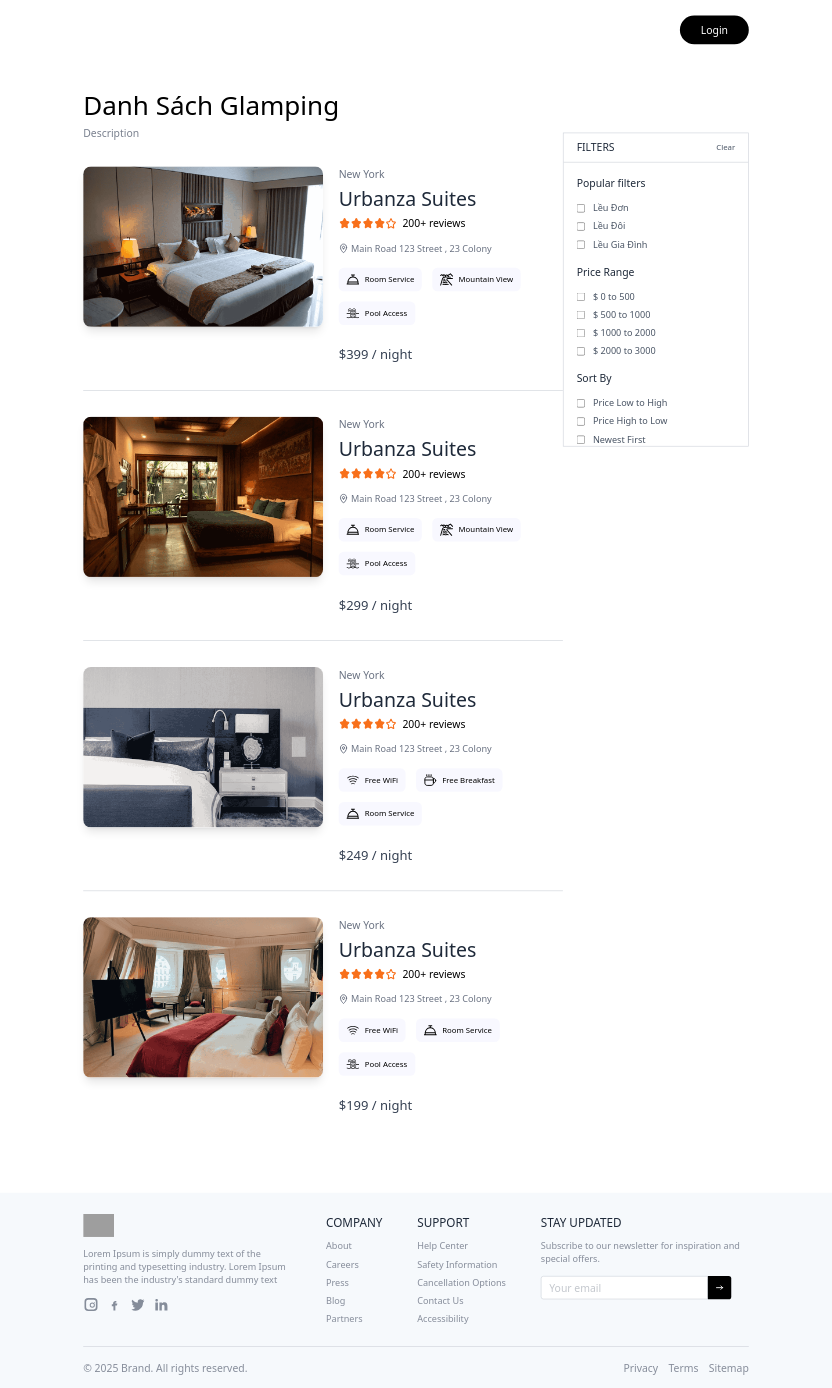
Repository: Ponn-Star/My-App
Page: /rooms (app in FrontEnd/)
These files come from the project's save history. The page is drawn as it stood at one moment and after the next save; the edit follows.
The browser window is 1280 px wide. The pictures show the whole page, at 65% of full size.
Pictures or frames that could not be fetched are drawn as grey boxes. The page's requests for data from a server got no answer. The project was rebuilt for these pictures with package versions that can differ from the ones it lists, and the page was loaded fresh each time. Some packages were replaced by stand-ins written for this rebuild. No one was signed in, and anything a server would have sent is missing. Also part of the build but not shown: FrontEnd/vite.config.js, FrontEnd/src/assets/assets.js, FrontEnd/src/components/Hero.jsx, FrontEnd/src/components/HotelCard.jsx, FrontEnd/src/components/Title.jsx, FrontEnd/src/components/FeaturedDestination.jsx, FrontEnd/src/components/ExclusiveOffers.jsx, FrontEnd/src/data/Test.ts and 10 more.

Above is the page before, as saved 2025-05-14 06:38:18.

### FrontEnd/index.html
<!doctype html>
<html lang="en">
  <head>
    <meta charset="UTF-8" />
    <link rel="icon" type="image/svg+xml" href="/favicon.svg" />
    <meta name="viewport" content="width=device-width, initial-scale=1.0" />
    <title>Booking</title>
  </head>
  <body>
    <div id="root"></div>
    <script type="module" src="/src/main.jsx"></script>
  </body>
</html>

### FrontEnd/src/main.jsx
import { StrictMode } from 'react'
import { createRoot } from 'react-dom/client'
import './index.css'
import App from './App.jsx'
import { BrowserRouter } from 'react-router-dom'
import { ClerkProvider } from '@clerk/clerk-react'

const PUBLISHABLE_KEY = import.meta.env.VITE_CLERK_PUBLISHABLE_KEY

if (!PUBLISHABLE_KEY) {
  throw new Error('Add your Clerk Publishable Key to the .env file')
}

createRoot(document.getElementById('root')).render(
  <ClerkProvider publishableKey={PUBLISHABLE_KEY} afterSignOutUrl="/">
    <BrowserRouter>
      <App />
    </BrowserRouter>
    </ClerkProvider>,
)

### FrontEnd/src/App.jsx
import React from 'react'
import Navbar from './components/Navbar'
import { Route, Routes, useLocation } from 'react-router-dom'
import Home from './pages/Home'
import AllRooms from './pages/AllRooms';
import RoomDetails from './pages/RoomDetails';
import Footer from './components/Footer';
import MyBookings from './pages/MyBookings';
import Layout from './pages/Owner/Layout';
import Dashboard from './pages/Owner/Dashboard';
import ListRoom from './pages/Owner/ListRoom';
import AddRoom from './pages/Owner/AddRoom';

function App() {

  const isOwnerPath = useLocation().pathname.includes("owner");
  return (
    <div>
      {!isOwnerPath && <Navbar />}
      <div className='min-h-[70vh]'>
        <Routes>
          <Route path='/' element={<Home />} />
          <Route path='/rooms' element={<AllRooms />} />
          <Route path='/rooms/:id' element={<RoomDetails />} />
          <Route path='/my-bookings' element={<MyBookings />} />
          <Route path='/owner' element={<Layout />} >
            <Route index element={<Dashboard />} />
            <Route path='add-room' element={<AddRoom />} />
            <Route path='list-room' element={<ListRoom />} />
           </Route>
        </Routes>
      </div>
      <Footer />
    </div>
  )
}

export default App

### FrontEnd/src/components/Navbar.jsx
import React from 'react';
import { Link, useLocation, useNavigate} from 'react-router-dom';
import { assets } from '../assets/assets';
import { useClerk, useUser, UserButton } from '@clerk/clerk-react';

const BookIcon = () => (
    <svg className='w-4 h-4 text-gray-700' aria-hidden="true" xmlns="http://www.w3.org/2000/svg" width="24" height="24" fill="none" viewBox="0 0 24 24">
        <path stroke="currentColor" strokeLinecap="round" strokeLinejoin="round" strokeWidth="2" d="M5 19V4a1 1 0 0 1 1-1h12a1 1 0 0 1 1 1v13H7a2 2 0 0 0-2 2Zm0 0a2 2 0 0 0 2 2h12M9 3v13m7 0v4" />
    </svg>
)

const Navbar = () => {
    const navLinks = [
        { name: 'Home', path: '/' },
        { name: 'Hotels', path: '/rooms' },
        { name: 'Experience', path: '/' },
        { name: 'About', path: '/' },
    ];

    const [isScrolled, setIsScrolled] = React.useState(false);
    const [isMenuOpen, setIsMenuOpen] = React.useState(false);

    const {openSignIn} = useClerk()
    const {user} = useUser()
    const navigate = useNavigate()
    const location = useLocation()

    React.useEffect(() => {
        const handleScroll = () => {
            setIsScrolled(window.scrollY > 10);
        };
        window.addEventListener("scroll", handleScroll);
        return () => window.removeEventListener("scroll", handleScroll);
    }, []);

    return (
            <nav className={`fixed top-0 left-0 w-full flex items-center justify-between px-4 md:px-16 lg:px-24 xl:px-32 transition-all duration-500 z-50 ${isScrolled ? "bg-white/80 shadow-md text-gray-700 backdrop-blur-lg py-3 md:py-4" : "py-4 md:py-6"}`}>

                {/* Logo */}
                <Link to='/'>
                    <img src={assets.logo} alt="logo" className={`h-9 ${isScrolled && "invert opacity-80"}`} />
                </Link>

                {/* Desktop Nav */}
                <div className="hidden md:flex items-center gap-4 lg:gap-8">
                    {navLinks.map((link, i) => (
                        <a key={i} href={link.path} className={`group flex flex-col gap-0.5 ${isScrolled ? "text-gray-700" : "text-white"}`}>
                            {link.name}
                            <div className={`${isScrolled ? "bg-gray-700" : "bg-white"} h-0.5 w-0 group-hover:w-full transition-all duration-300`} />
                        </a>
                    ))}
                    <button className={`border px-4 py-1 text-sm font-light rounded-full cursor-pointer ${isScrolled ? 'text-black' : 'text-white'} transition-all`}>
                        Dashboard
                    </button>
                </div>

                {/* Desktop Right */}
                <div className="hidden md:flex items-center gap-4">
                    <img src={assets.searchIcon} alt='search' className={`${isScrolled && "invert"} h-7 transition duration-500`} />

                    {user ?
                    (<UserButton>
                        <UserButton.MenuItems>
                            <UserButton.Action label='My Bookings' labelIcon={<BookIcon/>} onClick={() => navigate('/my-bookings')} />
                        </UserButton.MenuItems>
                    </UserButton>)
                    :
                    (<button onClick={openSignIn} className="bg-black text-white px-8 py-2.5 rounded-full ml-4 transition-all duration-500">
                        Login
                        </button>)
                    }
                </div>

                {/* Mobile Menu Button */}
                <div className="flex items-center gap-3 md:hidden">
                    <img onClick={()=> setIsMenuOpen(!isMenuOpen)} src={assets.menuIcon} alt='' className={`${isScrolled && "invert"} h-4`} />
                </div>

                {/* Mobile Menu */}
                <div className={`fixed top-0 left-0 w-full h-screen bg-white text-base flex flex-col md:hidden items-center justify-center gap-6 font-medium text-gray-800 transition-all duration-500 ${isMenuOpen ? "translate-x-0" : "-translate-x-full"}`}>
                    <button className="absolute top-4 right-4" onClick={() => setIsMenuOpen(false)}>
                        <img src={assets.closeIcon} alt='close' className="h-6.5" />
                    </button>

                    {navLinks.map((link, i) => (
                        <a key={i} href={link.path} onClick={() => setIsMenuOpen(false)}>
                            {link.name}
                        </a>
                    ))}

                    <button className="border px-4 py-1 text-sm font-light rounded-full cursor-pointer transition-all">
                        Dashboard
                    </button>

                    <button onClick={openSignIn} className="bg-black text-white px-8 py-2.5 rounded-full transition-all duration-500">
                        Login
                    </button>
                </div>
            </nav>
    );
}

export default Navbar

### FrontEnd/src/pages/AllRooms.jsx
import React, { useState } from 'react'
import { assets, facilityIcons, roomsDummyData } from '../assets/assets'
import { useNavigate } from 'react-router-dom';
import StarRating from '../components/StarRating'

const CheckBox = ({label, selected = false, onChange = () => {}}) => {
  return (
    <label className='flex gap-3 items-center cursor-pointer mt-2 text-sm'>
      <input type='checkbox' checked={selected} onChange={(e)=>onChange(e.target.checked, label)} />
      <span className='font-light select-none'>{label}</span>
    </label>
  )
}

const RaioButton = ({label, selected = false, onChange = () => {}}) => {
  return (
    <label className='flex gap-3 items-center cursor-pointer mt-2 text-sm'>
      <input type='radio' name='sortOption' checked={selected} onChange={()=>onChange(label)} />
      <span className='font-light select-none'>{label}</span>
    </label>
  )
}

const AllRooms = () => {
    const navigate = useNavigate();
    const [openFilters, setOpenFilters] = useState(false)

    const roomTypes = [
      "Lều Đơn",
      "Lều Đôi",
      "Lều Gia Đình",
    ];

  const priceRanges = [
      '0 to 500',
      '500 to 1000',
      '1000 to 2000',
      '2000 to 3000',
    ];

  const sortOptions = [
      "Price Low to High",
      "Price High to Low",
      "Newest First",
    ];


  return (
    <div className='flex flex-col-reverse lg:flex-row justify-between items-start pt-28 md:pt-35 px-4 md:px-16 lg:px-24 xl:px-32'>
      <div>
        <div className='flex flex-col items-start text-left'>
            <h1 className='font-playfair text-4xl md:text-[40px]'>Danh Sách Glamping</h1>
            <p className='text-sm md:text-base text-gray-500/90 mt-2'>Description</p>
        </div>

        {roomsDummyData.map((room) => (
            <div key={room._id} className='flex flex-col md:flex-row items-start py-10 gap-6 border-b border-gray-300 last:pb-30 last:border-0'>
                <img onClick={() => {navigate(`/rooms/${room._id}`); scrollTo(0, 0)}}
                src={room.images[0]}
                alt='hotel-img'
                 title='View Room Details'
                 className='max-h-65 md:w-1/2 rounded-xl shadow-lg object-cover cursor-pointer'/>
                 <div className='md:w-1/2 flex flex-col gap-2'>
                    <p className='text-gray-500'>{room.hotel.city}</p>
                    <p onClick={() => {navigate(`/rooms/${room._id}`); scrollTo(0, 0)}} className='text-gray-800 text-3xl font-playfair cursor-pointer'>{room.hotel.name}</p>
                    <div className='flex items-center'>
                        <StarRating/>
                        <p className='ml-2'>200+ reviews</p>
                    </div>
                    <div className='flex items-center gap-1 text-gray-500 mt-2 text-sm'>
                        <img src={assets.locationIcon} alt='location-icon' />
                        <span>{room.hotel.address}</span>
                    </div>

                    <div className='flex flex-wrap items-center gap-4 mb-6 mt-3'>
                      {room.amenities.map((item, index) => (
                        <div key ={index} className='flex items-center gap-2 px-3 py-2 rounded-lg bg-[#F5F5FF]/70'>
                          <img src={facilityIcons[item]} alt={item} className='w-5 h-5' />
                          <p className='text-xs'>{item}</p>
                        </div>
                      ))}
                    </div>
                    <p className='text-xl font-medium text-gray-700'>
                      ${room.pricePerNight} / night
                    </p>
                 </div>
            </div>
        ))}
      </div>

      <div className='bg-white w-80 border border-gray-300 text-gray-600 max-lg:mb-8 min-lg:mt-16'>
        <div className={`flex items-center justify-between px-5 py-2.5 min-lg:border-b border-gray-300 ${openFilters && 'border-b'}`} >
          <p className='text-base font-medium text-gray-800'>FILTERS</p>
          <div className='text-xs cursor-pointer'>
            <span onClick={()=> setOpenFilters(!openFilters)} className='lg:hidden'> {openFilters ?  'HIDE' : 'SHOW' }</span>
            <span className='hidden lg:block'>Clear</span>
          </div>
        </div>

        <div className={`${openFilters ? 'h-auto' : "h-0 lg:h-auto"} overflow-hidden transition-all duration-700`}>
          <div className='px-5 pt-5'>
            <p className='font-medium text-gray-800 pb-2'>Popular filters</p>
            {roomTypes.map((room, index) => (
              <CheckBox key={index} label={room}/>
            ))}
          </div>
          <div className='px-5 pt-5'>
            <p className='font-medium text-gray-800 pb-2'>Price Range</p>
            {priceRanges.map((range, index) => (
              <CheckBox key={index} label={`$ ${range}`}/>
            ))}
          </div>
          <div className='px-5 pt-5'>
            <p className='font-medium text-gray-800 pb-2'>Sort By</p>
            {sortOptions.map((option, index) => (
              <CheckBox key={index} label={option}/>
            ))}
          </div>
        </div>
      </div>
    </div>
  )
}

export default AllRooms

### FrontEnd/src/components/Footer.jsx
import React from 'react'

const Footer = () => {
    return (
        <div className='bg-[#F6F9FC] text-gray-500/80 pt-8 px-6 md:px-16 lg:px-24 xl:px-32'>
            <div className='flex flex-wrap justify-between gap-12 md:gap-6'>
                <div className='max-w-80'>
                    <img src="https://raw.githubusercontent.com/prebuiltui/prebuiltui/main/assets/dummyLogo/dummyLogoColored.svg" alt="logo" className='mb-4 h-8 md:h-9' />
                    <p className='text-sm'>
                        Lorem Ipsum is simply dummy text of the printing and typesetting industry. Lorem Ipsum has been the industry's standard dummy text
                    </p>
                    <div className='flex items-center gap-3 mt-4'>
                        {/* Instagram */}
                        <svg className="w-6 h-6" fill="currentColor" viewBox="0 0 24 24">
                            <path d="M7.75 2A5.75 5.75 0 002 7.75v8.5A5.75 5.75 0 007.75 22h8.5A5.75 5.75 0 0022 16.25v-8.5A5.75 5.75 0 0016.25 2h-8.5zM4.5 7.75A3.25 3.25 0 017.75 4.5h8.5a3.25 3.25 0 013.25 3.25v8.5a3.25 3.25 0 01-3.25 3.25h-8.5a3.25 3.25 0 01-3.25-3.25v-8.5zm9.5 1a4 4 0 11-4 4 4 4 0 014-4zm0 1.5a2.5 2.5 0 102.5 2.5 2.5 2.5 0 00-2.5-2.5zm3.5-.75a.75.75 0 11.75-.75.75.75 0 01-.75.75z" />
                        </svg>
                        {/* Facebook */}
                        <svg className="w-6 h-6" fill="currentColor" viewBox="0 0 24 24">
                            <path d="M13.5 9H15V6.5h-1.5c-1.933 0-3.5 1.567-3.5 3.5v1.5H8v3h2.5V21h3v-7.5H16l.5-3h-3z" />
                        </svg>
                        {/* Twitter */}
                        <svg className="w-6 h-6" fill="currentColor" viewBox="0 0 24 24">
                            <path d="M22 5.92a8.2 8.2 0 01-2.36.65A4.1 4.1 0 0021.4 4a8.27 8.27 0 01-2.6 1A4.14 4.14 0 0016 4a4.15 4.15 0 00-4.15 4.15c0 .32.04.64.1.94a11.75 11.75 0 01-8.52-4.32 4.14 4.14 0 001.29 5.54A4.1 4.1 0 013 10v.05a4.15 4.15 0 003.33 4.07 4.12 4.12 0 01-1.87.07 4.16 4.16 0 003.88 2.89A8.33 8.33 0 012 19.56a11.72 11.72 0 006.29 1.84c7.55 0 11.68-6.25 11.68-11.67 0-.18 0-.35-.01-.53A8.18 8.18 0 0022 5.92z" />
                        </svg>
                        {/* LinkedIn */}
                        <svg className="w-6 h-6" fill="currentColor" viewBox="0 0 24 24">
                            <path d="M4.98 3.5C3.88 3.5 3 4.38 3 5.48c0 1.1.88 1.98 1.98 1.98h.02c1.1 0 1.98-.88 1.98-1.98C6.98 4.38 6.1 3.5 4.98 3.5zM3 8.75h3.96V21H3V8.75zm6.25 0h3.8v1.68h.05c.53-.98 1.82-2.02 3.75-2.02 4.01 0 4.75 2.64 4.75 6.07V21H17v-5.63c0-1.34-.03-3.07-1.88-3.07-1.88 0-2.17 1.47-2.17 2.98V21H9.25V8.75z" />
                        </svg>
                    </div>
                </div>

                <div>
                    <p className='text-lg text-gray-800'>COMPANY</p>
                    <ul className='mt-3 flex flex-col gap-2 text-sm'>
                        <li><a href="#">About</a></li>
                        <li><a href="#">Careers</a></li>
                        <li><a href="#">Press</a></li>
                        <li><a href="#">Blog</a></li>
                        <li><a href="#">Partners</a></li>
                    </ul>
                </div>

                <div>
                    <p className='text-lg text-gray-800'>SUPPORT</p>
                    <ul className='mt-3 flex flex-col gap-2 text-sm'>
                        <li><a href="#">Help Center</a></li>
                        <li><a href="#">Safety Information</a></li>
                        <li><a href="#">Cancellation Options</a></li>
                        <li><a href="#">Contact Us</a></li>
                        <li><a href="#">Accessibility</a></li>
                    </ul>
                </div>

                <div className='max-w-80'>
                    <p className='text-lg text-gray-800'>STAY UPDATED</p>
                    <p className='mt-3 text-sm'>
                        Subscribe to our newsletter for inspiration and special offers.
                    </p>
                    <div className='flex items-center mt-4'>
                        <input type="text" className='bg-white rounded-l border border-gray-300 h-9 px-3 outline-none' placeholder='Your email' />
                        <button className='flex items-center justify-center bg-black h-9 w-9 aspect-square rounded-r'>
                            {/* Arrow icon */}
                            <svg className="w-4 h-4 text-white" aria-hidden="true" xmlns="http://www.w3.org/2000/svg" width="24" height="24" fill="none" viewBox="0 0 24 24"><path stroke="currentColor" strokeLinecap="round" strokeLinejoin="round" strokeWidth="2" d="M19 12H5m14 0-4 4m4-4-4-4" /></svg>
                        </button>
                    </div>
                </div>
            </div>
            <hr className='border-gray-300 mt-8' />
            <div className='flex flex-col md:flex-row gap-2 items-center justify-between py-5'>
                <p>© {new Date().getFullYear()} Brand. All rights reserved.</p>
                <ul className='flex items-center gap-4'>
                    <li><a href="#">Privacy</a></li>
                    <li><a href="#">Terms</a></li>
                    <li><a href="#">Sitemap</a></li>
                </ul>
            </div>
        </div>
    );
};

export default Footer;

### FrontEnd/src/components/StarRating.jsx
import React from 'react'
import { assets } from '../assets/assets'


const StarRating = ({rating = 4}) => {
  return (
    <>
      {Array(5).fill('').map((_, index) => (
            <img src={rating > index ? assets.starIconFilled : assets.starIconOutlined} alt="star-icon" className='w-4.5 h-4.5'/>
        ))}
    </>
  )
}

export default StarRating

Loaded but not shown: FrontEnd/src/index.css (common file)

After the next save:
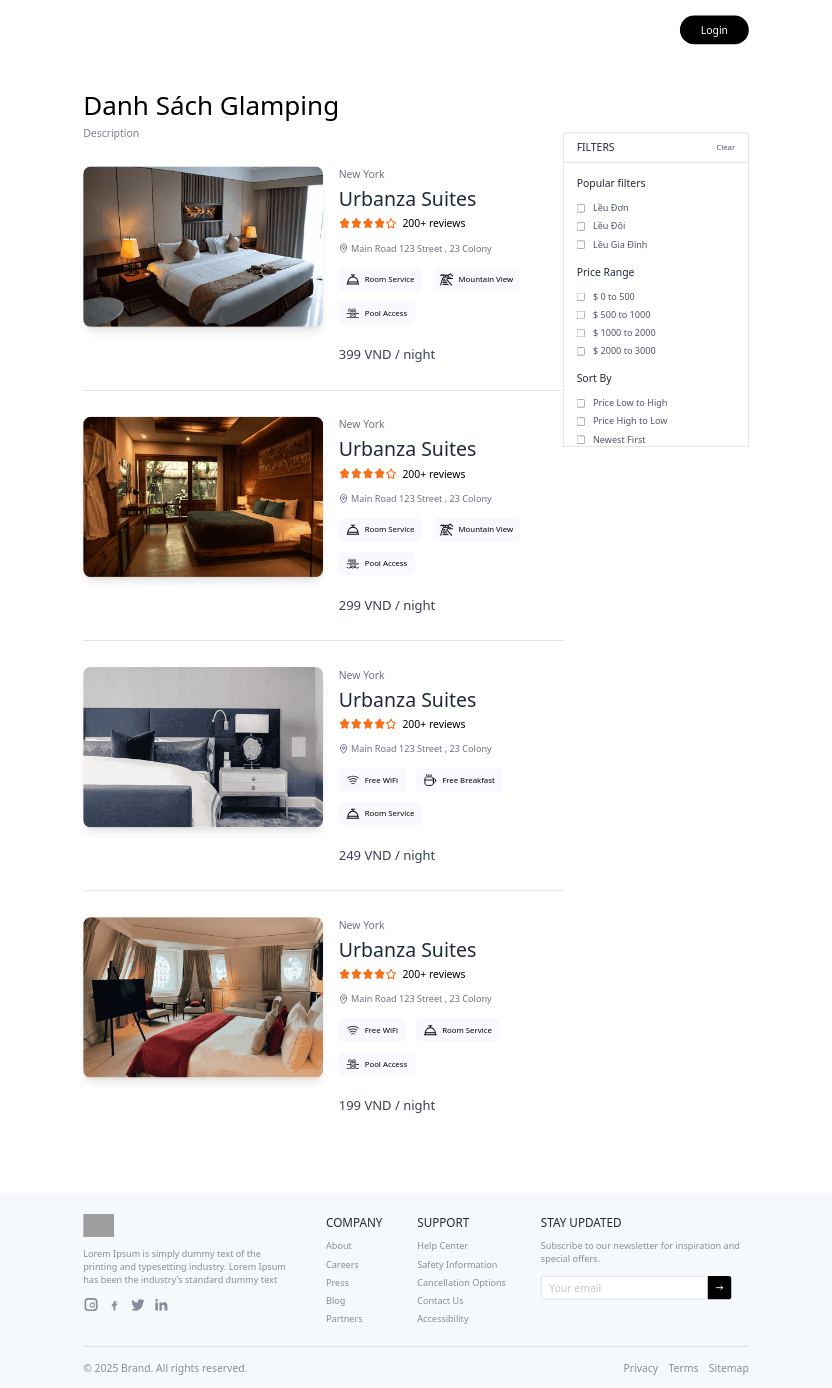
Saved 32 h 59 min later.
--- a/FrontEnd/src/pages/AllRooms.jsx
+++ b/FrontEnd/src/pages/AllRooms.jsx
@@ -81,7 +81,7 @@ const AllRooms = () => {
                       ))}
                     </div>
                     <p className='text-xl font-medium text-gray-700'>
-                      ${room.pricePerNight} / night
+                      {room.pricePerNight} VND / night
                     </p>
                  </div>
             </div>
